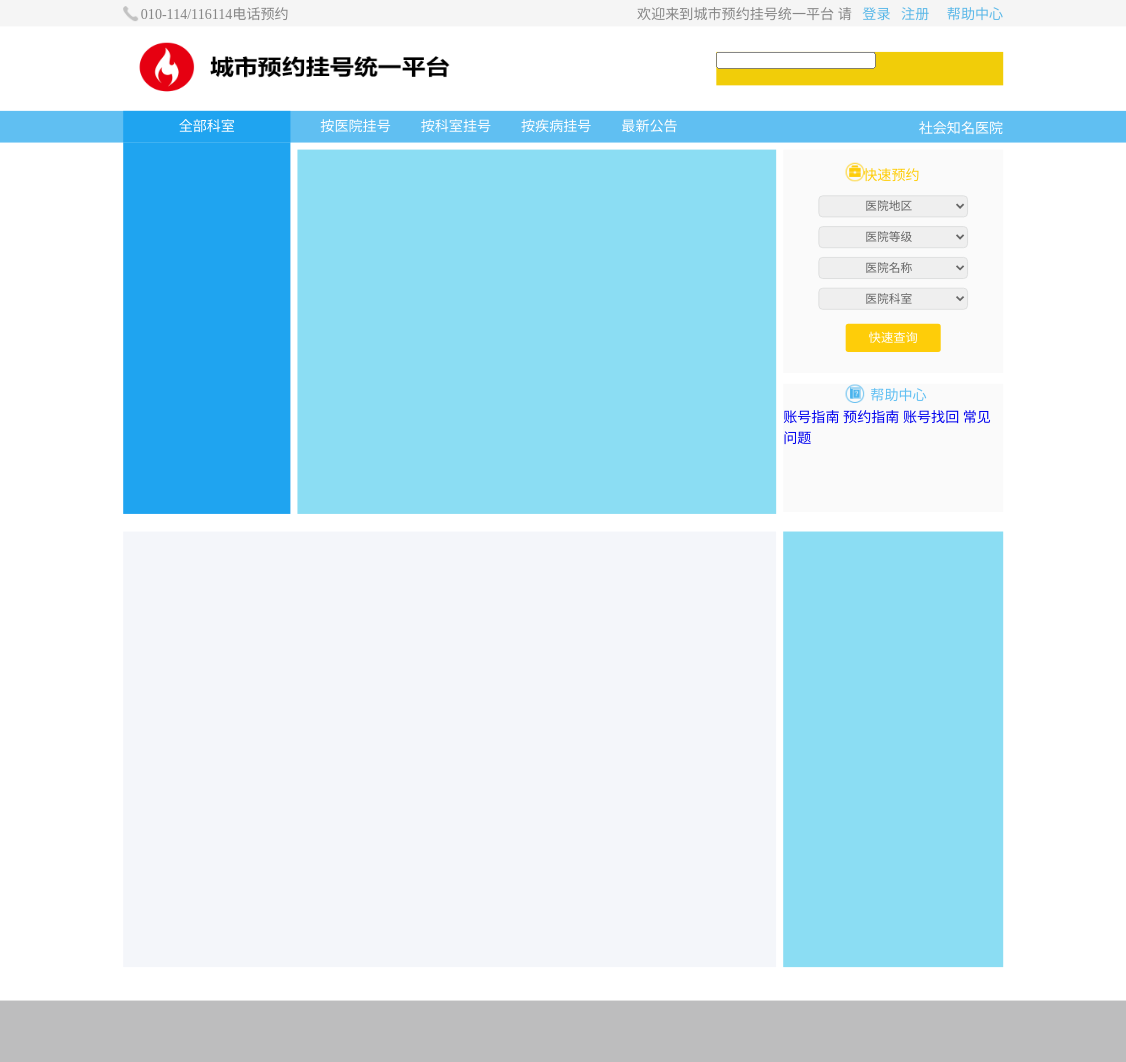
Repository: zhenzhen-gong/HospitalDemo
Page: index.html
An editor plug-in stored every save of this project. The page is shown before and after the next save, followed by the edit.
The browser window is 1280 px wide. The pictures show the whole page, at 88% of full size.

Above is the page before, as saved 2020-07-08 18:58:44.

After the next save:
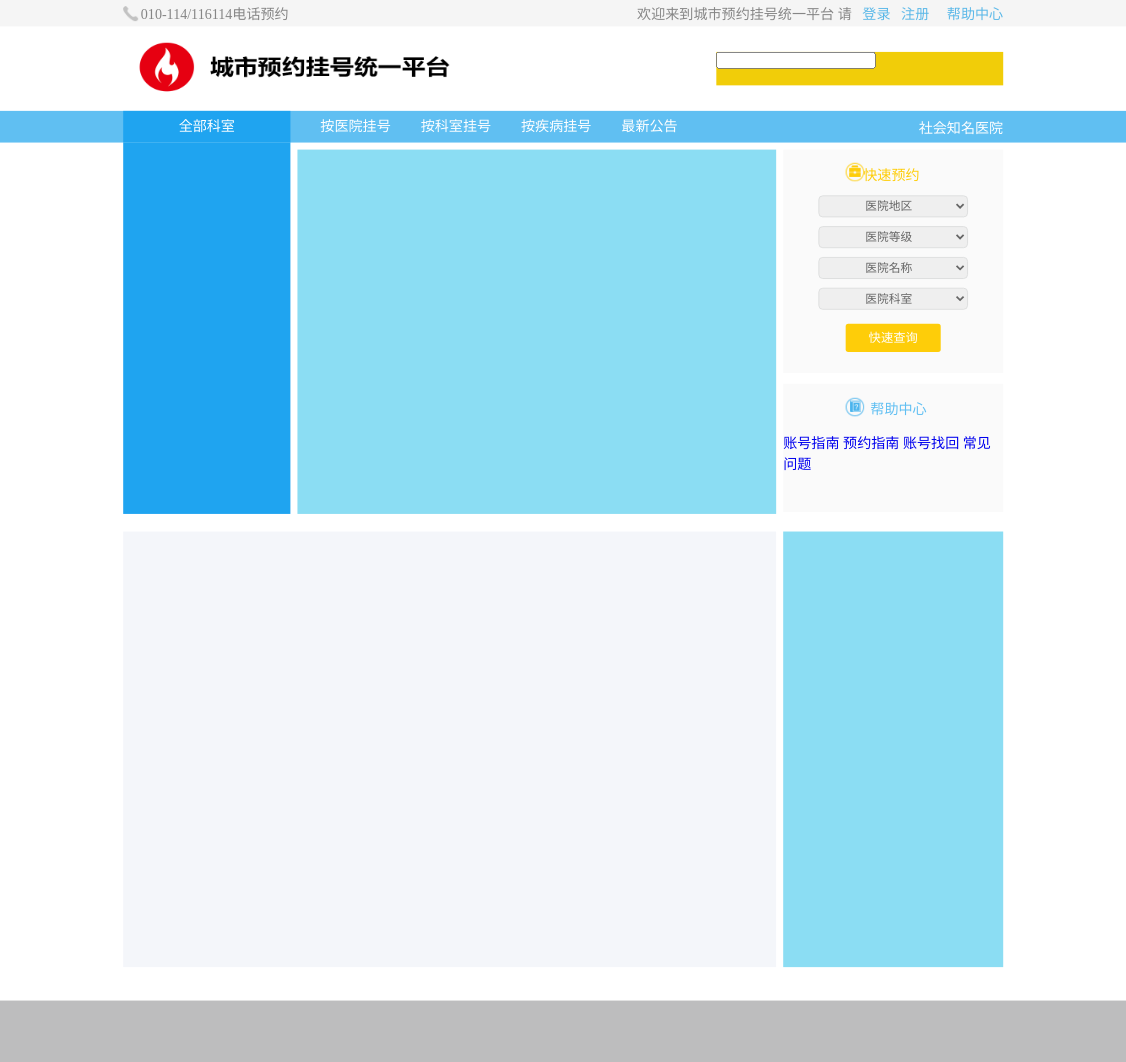
Saved 77 s later.
--- a/css/style.css
+++ b/css/style.css
@@ -160,6 +160,7 @@
     color: #60bff2;
     width: 108px;
     background: url(../img/icon-help.png) no-repeat 0 -23px;
+    margin: 15px 0;
 }
 
 
